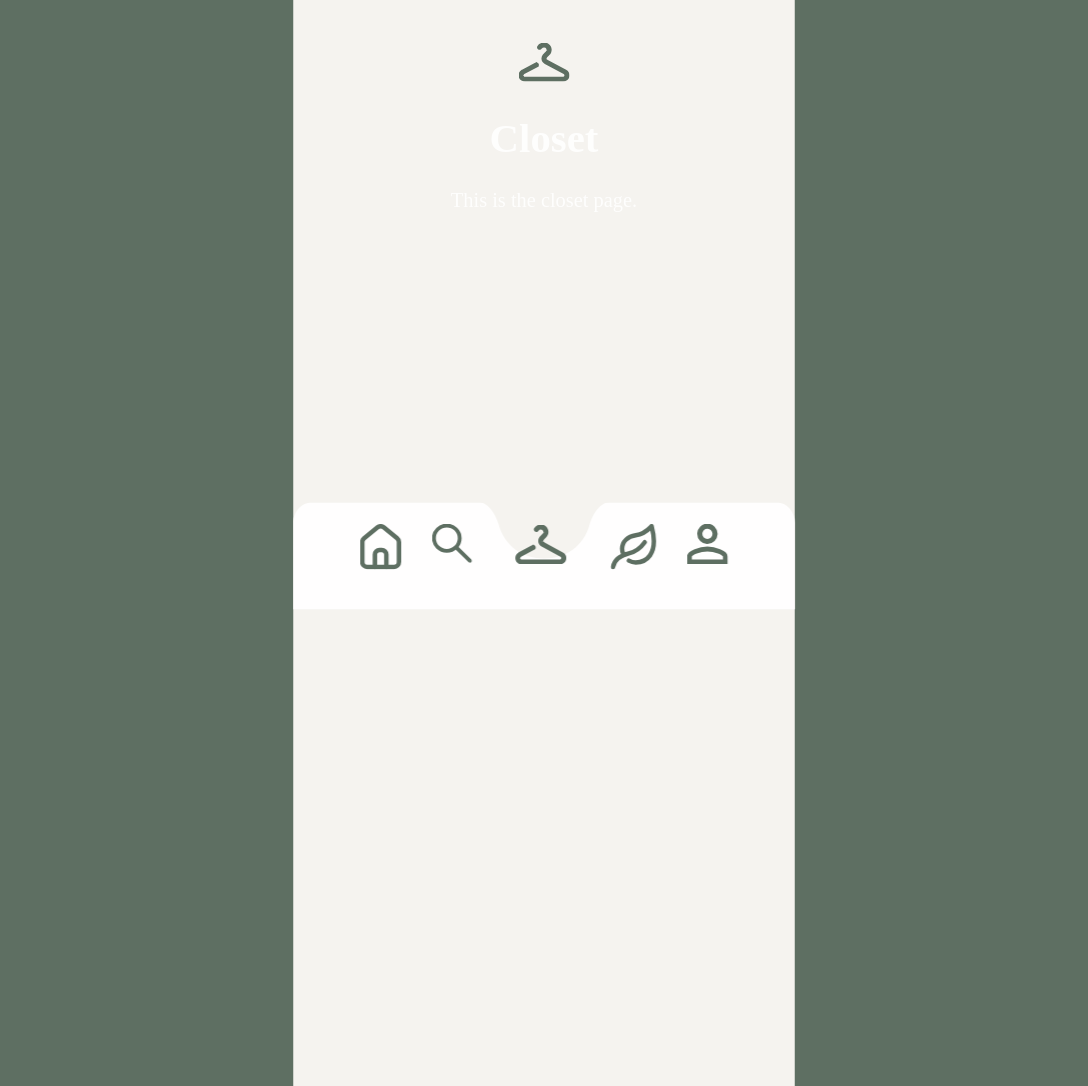
Repository: Strawb3rryjam/app-slotion
Page: /closet
The author's editor kept a copy of each file at every save. The page is drawn from the files as they stood at one save, then again after the next save.
The browser window is 1280 px wide. The pictures show the whole page, at 85% of full size.
The project was rebuilt for these pictures with package versions that can differ from the ones it lists, and the page was loaded fresh each time. Also part of the build but not shown: vite.config.js. Imported but missing from the stored project, and not drawn on this page: src/pages/Home.

Above is the page before, as saved 2025-05-09 02:41:01.

### src/main.jsx
import { StrictMode } from 'react'
import { createRoot } from 'react-dom/client'
import './index.css'

import { BrowserRouter } from 'react-router-dom'
import App from './App.jsx'

createRoot(document.getElementById('root')).render(
  <StrictMode>
    <BrowserRouter>
      <App />
    </BrowserRouter>
  </StrictMode>
)

### src/index.css
:root {
  color: rgba(255, 255, 255, 0.87);
}

body {
  width: 393px;
  min-height: 852px;
  margin: 0 auto;
  zoom: 150%;



  background-color: #F5F3EF;
  position: relative;

}

html {
  background-color: #5E6F62;
}

### src/App.jsx
import './App.css'
import Home from './pages/Home'
import Closet from './pages/Closet'
import {Routes, Route} from 'react-router-dom'
import FinalNav from './components/finalNav.jsx'


function App() {
  return (
    <div>
      <FinalNav />
      <main className = "main-content">
        <Routes>
          <Route path = "/" element = {<Home />} />
          <Route path = "/closet" element = {<Closet />} />

        </Routes>
      </main>
    </div>

  )
}

export default App

### src/pages/Closet.jsx

function Closet() {
  return (
    <div>
      <h1>Closet</h1>
      <p>This is the closet page.</p>
    </div>
  );
}

export default Closet;

### src/components/finalNav.jsx
import NavBar from "../components/NavBar.jsx";
import ClosetButton from "../components/closetPageButton.jsx";


export default function FinalNav() {
    return (
        <div className="nav-container">
            <NavBar />
            <ClosetButton />
        </div>
    );
}

### src/components/NavBar.jsx
import { Link } from "react-router-dom";
import styles from "../css/NavBar.module.css";  // Use this to import styles

/*images*/
import navBase from "../assets/NavBar.svg";
import homeIcon from "../assets/Home.svg";
import searchIcon from "../assets/search.svg";
import closetIcon from "../assets/Hanger.svg";
import tipsIcon from "../assets/leaf.svg";
import profileIcon from "../assets/Profile.svg";

/*component*/
import ClosetButton from "../components/closetPageButton";


function NavBar() {
    return (
        <nav className={styles.navbar}> {/* Use styles.navbar for CSS modules */}
            <div className={styles["navbar-links"]}> {/* Use styles for other classes */}
                <Link to="/" className={styles.Home}>
                    <img src={homeIcon} alt="Home" className={styles["nav-icon"]} />
                </Link>
                <Link to="/Search" className={styles.Search}>
                    <img src={searchIcon} alt="Search" className={styles["nav-icon"]} />
                </Link>

                  <ClosetButton></ClosetButton>

                <Link to="/Tips" className={styles.Tips}>
                    <img src={tipsIcon} alt="Tips" className={styles["nav-icon"]} />
                </Link>
                <Link to="/Profile" className={styles.Profile}>
                    <img src={profileIcon} alt="Profile" className={styles["nav-icon"]} />
                </Link>



            </div>
        </nav>
    );
}

export default NavBar;

### src/components/closetPageButton.jsx
import { useState } from "react";
import { Link } from "react-router-dom";
import styles from "../css/closetPageButton.module.css"; // ✅ Make sure file name matches

// Import icons
import closetNotActive from "../assets/Hanger.svg";
import closetActive from "../assets/HangerActive.svg";



export default function ClosetButton() {
    const [isActive, setIsActive] = useState(false);

    const handleClick = () => {
        setIsActive(!isActive);
    };

    return (
        <div className={styles.closetWrapper}>
            {isActive && (
                <div className={styles.dropdown}>
                    <Link to="/CreatePost" className={styles.dropdownOption1}>Create Post</Link>
                    <Link to="/Closet" className={styles.dropdownOption2}>View Closet</Link>
                </div>
            )}
            <button onClick={handleClick} className={styles.Closet}>
                <img
                    src={isActive ? closetActive : closetNotActive}
                    alt="Closet"
                    className={styles["nav-icon"]}
                />
            </button>
        </div>
    );
}

### src/css/NavBar.module.css
.navbar {
  position: fixed;
  bottom: 0;
  left: 50%;
  transform: translateX(-50%); /* shifts it back by half its own width */

  padding: 19px 32px 33px 32px;

  display: flex;
  justify-content: center;

  background-image: url(../assets/NavBar.svg);
  background-repeat: no-repeat;
  background-position: center;
  background-size: contain;

  width: 329px;
  max-height: 84px;
}



.navbar-links {
  display: flex;
  justify-content: space-between;
  width: 100%;
  padding: 0 20px; /* Add padding to the left and right */
}


  /*icons*/
  .Home {
    width: 28.444px;
    height: 32px;
  }

  .Search{
    width: 31px;
    height: 31px;
  }

  .Tips{
    width: 32px;
    height: 32px;
  }

.Profile{
  width: 32px;
  height: 32px;
}

.Closet {
  width: 62.2px;
  height: 62.2px;
  background-color: white;
  border-radius: 50%; /* makes it a perfect circle */
  display: flex;
  align-items: center;
  justify-content: center;
}

### src/css/closetPageButton.module.css
.closetWrapper {
    position: relative;
    display: inline-block;
}

.dropdown {
    top: -110px; /* adjust as needed */
    border-radius: 8px;
    padding: 0.5rem;
    display: flex;
    flex-direction: column;
    align-items: center;

    gap: 0.5rem;
    z-index: 10;

    position: absolute;
    bottom: 100%;
    left: 50%;
    transform: translateX(-50%);

}

.dropdownOption1,
.dropdownOption2 {
    color: white;
    text-decoration: none; /* removes underline */
    padding: 0.5rem 1rem;
    border-radius: 4px;
    font-weight: bold;
    text-align: center;
    background-color: transparent;
    transition: background-color 0.2s;
    align-self: center;

    width: 361px;
    height: 59px;
    background-color: #4CAF50; /* green background */


}

.dropdownOption1:hover,
.dropdownOption2:hover {
    background-color: rgba(255, 255, 255, 0.2); /* subtle hover effect */
}

.Closet {
    background: none;
    border: none;
    cursor: pointer;
}

.nav-icon {
    width: 40px;
    height: auto;
}

Loaded but not shown: index.html (common file); src/App.css (common file)

After the next save:
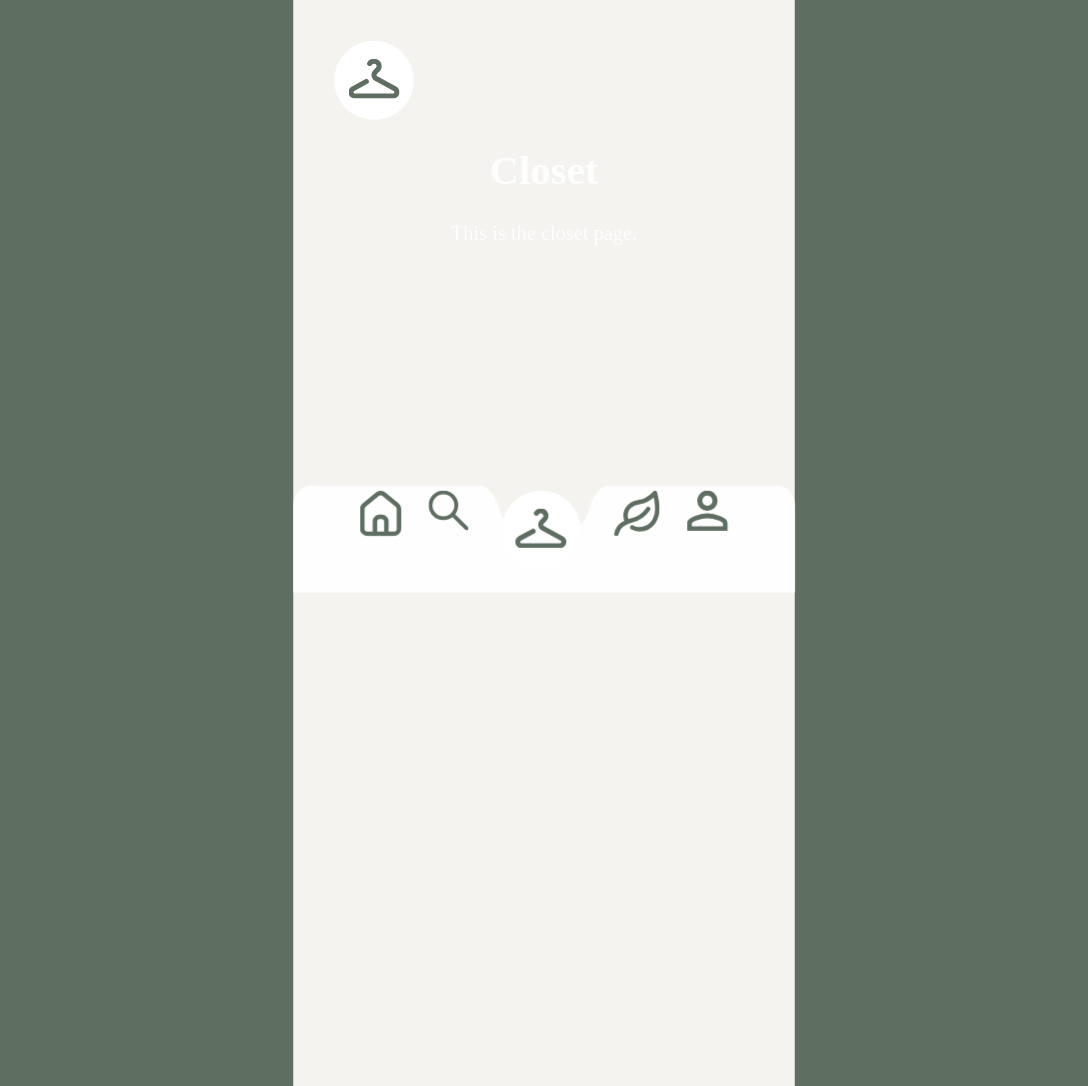
Saved 3 min 53 s later.
--- a/src/css/closetPageButton.module.css
+++ b/src/css/closetPageButton.module.css
@@ -1,6 +1,14 @@
 .closetWrapper {
     position: relative;
     display: inline-block;
+
+    width: 62.2px;
+    height: 62.2px;
+    background-color: white;
+    border-radius: 50%;
+    display: flex;
+    justify-content: center;
+    align-items: center;
 }
 
 .dropdown {
